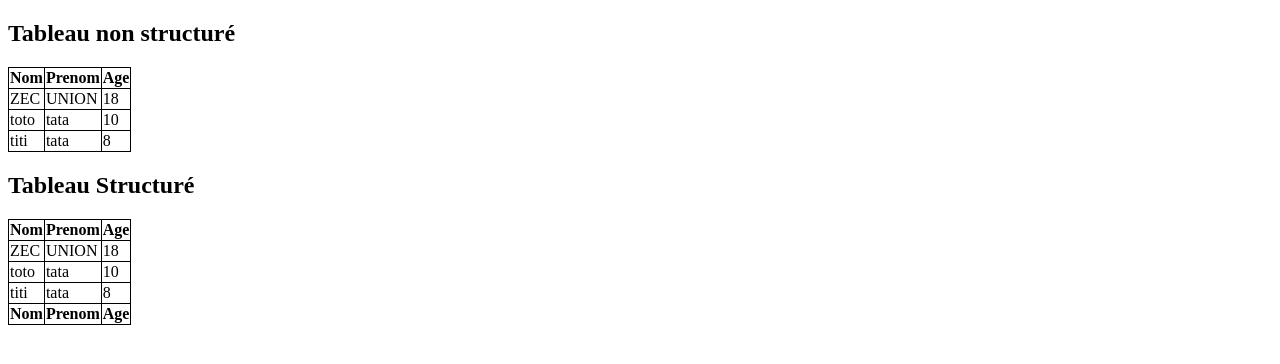
Repository: serviceshuios/Git-Aix-Web
Page: tableau/WebContent/index.html
The author's editor kept a copy of each file at every save. The page is drawn from the files as they stood at one save, then again after the next save.
The browser window is 1280 px wide. The pictures show the whole page.

Above is the page before, as saved 2018-10-25 09:51:33.

### tableau/WebContent/index.html
<!DOCTYPE html>
<html>
<head>
<meta charset="utf-8" />
<title>TABLEAU</title>
<link rel="stylesheet" href="css/style.css" />

</head>
<body>
	<h2>Tableau non structuré</h2>
	<table>
		<tr>
			<th>Nom</th>
			<th>Prenom</th>
			<th>Age</th>
		</tr>
		<tr>
			<td>ZEC</td>
			<td>UNION</td>
			<td>18</td>
		</tr>
		<tr>
			<td>toto</td>
			<td>tata</td>
			<td>10</td>
		</tr>
		<tr>
			<td>titi</td>
			<td>tata</td>
			<td>8</td>
		</tr>
	</table>
	<h2>Tableau Structuré</h2>
	<table>
		<thead>
			<!-- entete du tableau -->
			<tr>
				<th>Nom</th>
				<th>Prenom</th>
				<th>Age</th>
			</tr>
		</thead>
		<tbody> <!-- corps du tableau -->
			<tr>
				<td>ZEC</td>
				<td>UNION</td>
				<td>18</td>
			</tr>
			<tr>
				<td>toto</td>
				<td>tata</td>
				<td>10</td>
			</tr>
			<tr>
				<td>titi</td>
				<td>tata</td>
				<td>8</td>
			</tr>
		</tbody>
		<tfoot>
			<!-- pied du tableau -->
			<tr>
				<th>Nom</th>
				<th>Prenom</th>
				<th>Age</th>
			</tr>
		</tfoot>
	</table>
	<script src="js/script.js"></script>
</body>
</html>

### tableau/WebContent/css/style.css
@charset "utf-8";
td, th {
	border: 1px solid black;
}

 table {
 	border-collapse: collapse;
 }

Loaded but not shown: tableau/WebContent/js/script.js (no stored copy; drawn as an empty file)

After the next save:
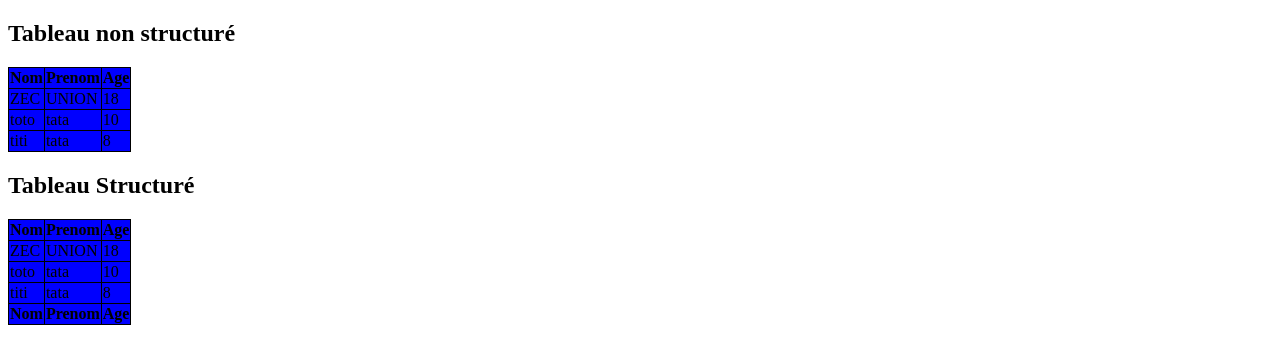
Saved 3 min 6 s later.
--- a/tableau/WebContent/css/style.css
+++ b/tableau/WebContent/css/style.css
@@ -1,6 +1,7 @@
 @charset "utf-8";
 td, th {
 	border: 1px solid black;
+	background-color: blue;
 }
 
  table {
